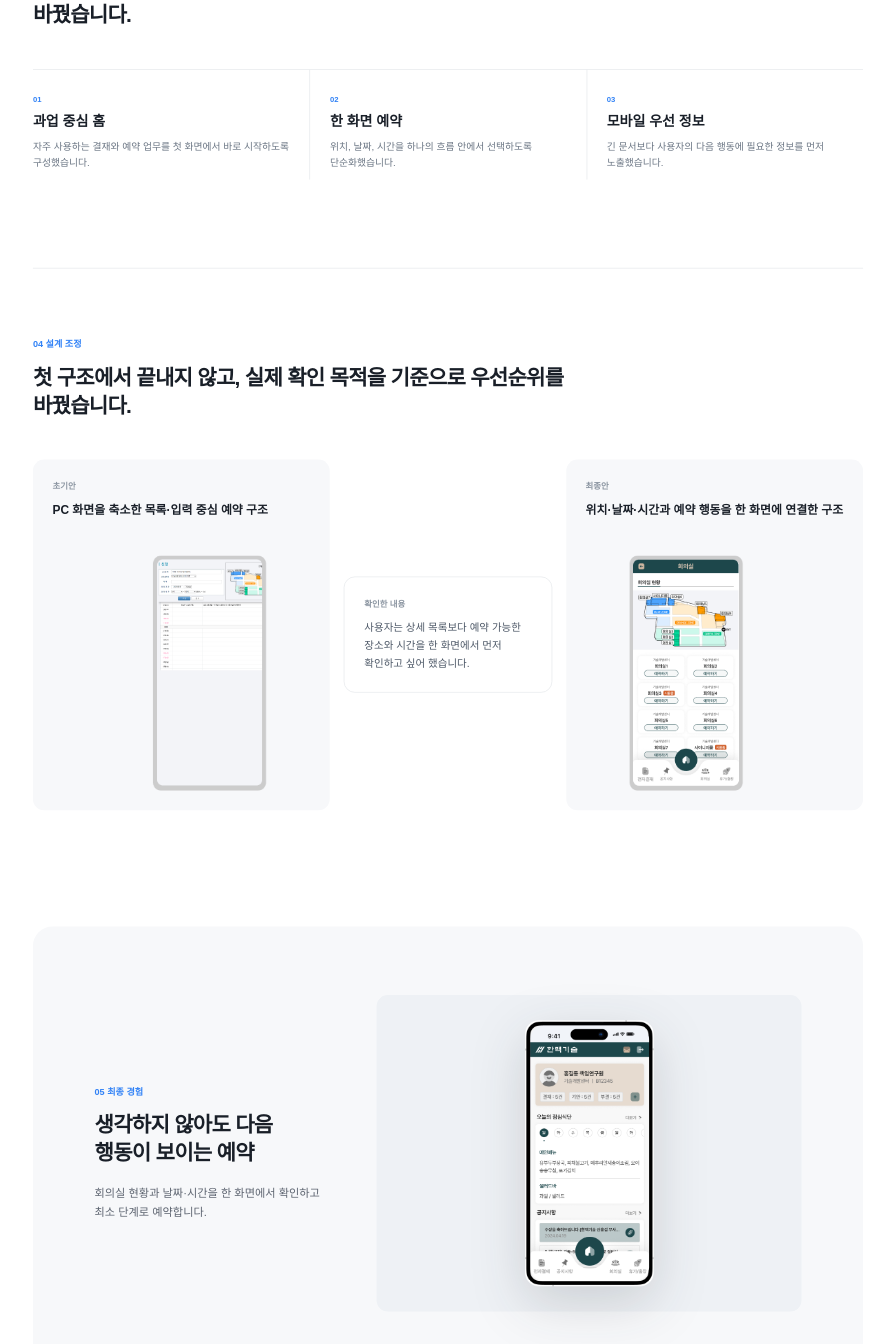
Repository: hanul-Lee/web
Page: project-intranet.html
An editor plug-in stored every save of this project. The page is shown before and after the next save, followed by the edit.
The browser window is 1280 px wide. The pictures show the part of the page from y = 2622 to 4542 px (the page is 5926 px tall), at 70% of full size.
The style sheet was rebuilt from its Sass, Less or Tailwind sources for each picture, by a compiler version that may differ from the author's.

Above is the page before, as saved 2026-07-26 12:40:42.

### project-intranet.html
<!doctype html>
<html lang="ko">
  <head>
    <meta charset="UTF-8">
    <meta name="viewport" content="width=device-width,initial-scale=1">
    <meta name="description" content="모바일 업무 포털과 예약 플로우 UX/UI 사례">
    <title>모바일 업무 포털 — 이한울</title>
    <link rel="stylesheet" href="case.css">
    <style>
      .comparison-image.split-left img {
      transform: translateX(25%);
  }
    </style>
  </head>
  <body data-project="intranet">
    <header class="nav case-nav">
      <a class="logo" href="index.html">HANUL<span>●</span></a>
      <nav>
        <a href="index.html#work">프로젝트</a>
        <a href="index.html#about">소개</a>
      </nav>
      <a class="nav-cta" href="assets/portfolio.pdf">이력서 PDF ↗</a>
    </header>
    <main class="case-main">
      <section class="case-hero" id="overview">
        <div>
          <p class="case-eyebrow"></p>
          <p class="case-domain"></p>
          <h1 class="case-title"></h1>
          <p class="case-lead"></p>
          <div class="case-meta" aria-label="프로젝트 참여 정보">
            <div>
              <span>MY ROLE</span><b class="role"></b>
            </div>
            <div>
              <span>DESIGN OWNERSHIP</span><b class="contribution"></b>
            </div>
            <div>
              <span>TEAM</span><b class="team"></b>
            </div>
            <div>
              <span>DURATION</span><b class="period"></b>
            </div>
          </div>
        </div>
        <div class="case-cover" aria-label="프로젝트 핵심 화면 미리보기">
        </div>
      </section>
      <section class="case-body">
        <div class="case-summary" id="context">
          <div>
            <p class="case-section-label">01 프로젝트 배경</p>
            <h2 class="problem"></h2>
          </div>
          <div>
            <p class="detail"></p>
            <div class="context-facts">
            </div>
          </div>
        </div>
        <div class="outcomes">
        </div>
        <div class="gallery">
        </div>
        <div class="next">
          <a><span>다음 프로젝트</span><h3></h3></a>
          <a class="back" href="index.html#work">전체 프로젝트 ↑</a>
        </div>
      </section>
    </main>
    <footer class="case-footer">
      <a class="logo" href="index.html">HANUL<span>●</span></a>
      <p>© 2026 이한울</p>
    </footer>
    <script src="case.js"></script>
  </body>
</html>

### portfolio.scss
@charset "UTF-8";
/* ==========================================================================
   Portfolio
   --------------------------------------------------------------------------
   이 파일은 현재 포트폴리오 사이트의 스타일 원본입니다.
   브라우저는 SCSS를 직접 읽지 못하므로 portfolio.css로 컴파일해 사용합니다.
   ========================================================================== */
/* 1. 디자인 토큰
   사이트 전체에서 반복 사용하는 색상입니다. */
:root {
  --ink: #101114;
  --muted: #6b707a;
  --line: #dcdfe4;
  --blue: #075cff;
  --paper: #f4f5f7;
  --type-display: clamp(42px, 4.2vw, 64px);
  --type-h1: clamp(38px, 3.7vw, 56px);
  --type-section: clamp(32px, 3vw, 44px);
  --type-title-lg: clamp(28px, 2.35vw, 36px);
  --type-title-md: clamp(23px, 1.8vw, 28px);
  --type-body-lg: clamp(17px, 1.15vw, 18px);
  --type-body: 16px;
  --type-caption: 14px;
  --type-label: 12px;
  --leading-display: 1.4;
  --leading-heading: 1.3;
  --leading-body: 1.65;
}

/* 2. 기본 설정
   요소 크기 계산, 한글 줄바꿈, 링크와 이미지 기본값을 통일합니다. */
* {
  box-sizing: border-box;
}

html {
  scroll-behavior: smooth;
}

body {
  margin: 0;
  color: var(--ink);
  background: #fff;
  font-family: Manrope, "Noto Sans KR", sans-serif;
  -webkit-font-smoothing: antialiased;
  word-break: keep-all;
  overflow-wrap: break-word;
}

a {
  color: inherit;
  text-decoration: none;
}

img {
  display: block;
  max-width: 100%;
}

/* 3. 헤더와 내비게이션 */
.nav {
  position: absolute;
  z-index: 10;
  display: flex;
  align-items: center;
  justify-content: space-between;
  gap: 24px;
  width: 100%;
  height: 82px;
  padding: 0 clamp(24px, 6vw, 96px);
  font-size: 13px;
  font-weight: 700;
}
.nav nav {
  display: flex;
  gap: 36px;
  min-width: 0;
  margin-right: 18px;
  margin-left: auto;
}
.nav nav a {
  flex: 0 0 auto;
  white-space: nowrap;
}
.nav nav a:hover {
  color: var(--blue);
}

.logo {
  flex: 0 0 auto;
  font-size: 16px;
  letter-spacing: 0.04em;
  white-space: nowrap;
}
.logo span {
  margin-left: 3px;
  color: var(--blue);
}

.nav-cta {
  flex: 0 0 auto;
  padding: 11px 17px;
  background: rgba(255, 255, 255, 0.7019607843);
  border-radius: 30px;
  white-space: nowrap;
}

/* 모바일 메뉴 버튼은 넓은 화면에서 숨깁니다. */
.menu {
  position: relative;
  z-index: 12;
  display: none;
  flex: 0 0 34px;
  width: 34px;
  height: 34px;
  padding: 7px 4px;
  border: 0;
  background: none;
  cursor: pointer;
}
.menu i {
  display: block;
  height: 2px;
  margin: 5px 0;
  background: #111;
}

/* 4. 공통 타이포그래피 */
.label,
.kicker,
.project-copy > span,
.card-copy > span,
.mini-project > span {
  font-size: var(--type-label);
  font-weight: 800;
  letter-spacing: 0.1em;
}

/* 5. 메인 히어로 */
.hero {
  position: relative;
  height: min(900px, 100vh);
  min-height: 700px;
  overflow: hidden;
  background: #edf1f7;
}
.hero h1 {
  margin: 0 0 30px;
  font-size: var(--type-display);
  line-height: 1.08;
  letter-spacing: -0.045em;
}
.hero h1 em {
  color: var(--blue);
  font-style: normal;
}

.hero-art {
  position: absolute;
  inset: 0;
  background:
    linear-gradient(90deg, rgba(237, 241, 247, 0.2), transparent 55%),
    url("assets/hero-data-flow-v2.png") center/cover no-repeat;
  transform: scale(1.01);
}

.hero-copy {
  position: absolute;
  z-index: 2;
  top: 50%;
  left: clamp(28px, 9vw, 150px);
  max-width: min(760px, 56vw);
  transform: translateY(-48%);
  /* 공통 reveal 효과가 중앙 정렬 transform을 덮어쓰지 않도록
     히어로 문구만 전용 시작·완료 좌표를 사용합니다. */
}
.hero-copy.reveal {
  transform: translateY(calc(-48% + 30px));
}
.hero-copy.reveal.visible {
  transform: translateY(-48%);
}

.kicker {
  margin: 0 0 24px;
  color: var(--blue);
}

.hero-text {
  color: #3b414c;
  font-size: var(--type-body-lg);
  line-height: 1.8;
}

.hero-actions {
  display: flex;
  align-items: center;
  gap: 28px;
  margin-top: 34px;
  font-size: 14px;
  font-weight: 700;
}
.secondary {
  padding-bottom: 5px;
  border-bottom: 1px solid currentColor;
}
.hero-capabilities {
  margin: 22px 0 0;
  color: #747c89;
  font-size: 10px;
  font-weight: 800;
  letter-spacing: 0.11em;
}

.primary {
  padding: 15px 21px;
  color: #fff;
  background: var(--blue);
  border-radius: 30px;
}
.primary span {
  margin-left: 18px;
}

/* 데이터 → 구조 → 행동 안내 배지 */
.hero-note {
  position: absolute;
  z-index: 3;
  right: 6vw;
  bottom: 30px;
  display: flex;
  align-items: center;
  gap: 12px;
  width: -moz-max-content;
  width: max-content;
  max-width: calc(100% - 48px);
  padding: 10px 14px;
  color: #6e7786;
  background: rgba(255, 255, 255, 0.62);
  border: 1px solid rgba(110, 119, 134, 0.22);
  border-radius: 999px;
  backdrop-filter: blur(10px);
  -webkit-backdrop-filter: blur(10px);
  font-size: 9px;
  font-weight: 800;
  letter-spacing: 0.1em;
  white-space: nowrap;
}
.hero-note span {
  line-height: 1;
}
.hero-note i {
  width: 22px;
  height: 1px;
  background: #afb5c0;
}

/* 6. 공통 콘텐츠 폭 */
.manifesto,
.projects,
.about {
  max-width: 1500px;
  margin: auto;
  padding: 120px clamp(24px, 7vw, 110px);
}

/* 7. 디자인 관점과 성과 지표 */
.manifesto h2 {
  margin: 45px 0 80px;
  font-size: var(--type-section);
  line-height: 1.3;
  letter-spacing: -0.045em;
}
.manifesto mark {
  color: var(--blue);
  background: none;
}

.metrics {
  display: grid;
  grid-template-columns: repeat(4, 1fr);
  padding-top: 30px;
  border-top: 1px solid var(--line);
}
.metrics div {
  position: relative;
  padding: 5px 28px;
  border-right: 1px solid var(--line);
}
.metrics small {
  display: block;
  margin-bottom: 18px;
  color: #a0a5ad;
  font-size: 10px;
  font-weight: 700;
}
.metrics div:first-child {
  padding-left: 0;
}
.metrics div:last-child {
  border: 0;
}
.metrics strong {
  display: block;
  font-size: 32px;
  letter-spacing: -0.04em;
}
.metrics span {
  color: var(--muted);
  font-size: 12px;
}
.metrics-caption {
  margin: 18px 0 0;
  color: #9398a1;
  font-size: 10px;
  letter-spacing: 0.08em;
}

/* 8. 프로젝트 목록 */
.projects {
  padding-top: 30px;
}

.section-head {
  display: flex;
  justify-content: space-between;
  margin-bottom: 32px;
  color: var(--muted);
  font-size: 12px;
}

.project-wide {
  display: grid;
  grid-template-columns: minmax(0, 42%) minmax(0, 58%);
  min-height: 650px;
  overflow: hidden;
  border-radius: 14px;
}

.dark {
  color: #fff;
  background: #141923;
}

.project h3 {
  margin: 35px 0 22px;
  font-size: var(--type-title-lg);
  line-height: 1.2;
  letter-spacing: -0.045em;
}
.project.light {
  overflow: hidden;
  border: 1px solid var(--line);
  border-radius: 14px;
}
.project:hover img {
  transform: scale(1.02);
}

.project-copy {
  display: flex;
  flex-direction: column;
  align-items: flex-start;
  padding: 72px clamp(38px, 5vw, 78px);
}
.project-copy > span {
  color: #8fb3ff;
}
.project-copy .project-tags {
  margin: 14px 0 0;
  color: #777f8d;
  font-size: 10px;
  font-weight: 800;
  letter-spacing: 0.08em;
}
.project-copy p {
  color: #bac1cc;
  font-size: var(--type-body);
  line-height: 1.8;
}
.project-copy ul {
  display: flex;
  flex-wrap: wrap;
  gap: 9px;
  margin: 18px 0 50px;
  padding: 0;
  list-style: none;
}
.project-copy li {
  padding: 8px 13px;
  border: 1px solid rgba(255, 255, 255, 0.1843137255);
  border-radius: 20px;
  font-size: 11px;
}
.project-copy b {
  margin-top: auto;
  padding-bottom: 5px;
  border-bottom: 1px solid currentColor;
  font-size: 12px;
}

.project-image {
  display: grid;
  place-items: center;
  padding: 5%;
  background: linear-gradient(135deg, #0c2431, #19452e);
}

.project-image img,
.thumb img {
  border-radius: 8px;
  box-shadow: 0 25px 60px rgba(0, 0, 0, 0.3333333333);
  transition: 0.4s;
}

.project-grid {
  display: grid;
  grid-template-columns: minmax(0, 1fr) minmax(0, 1fr);
  gap: 24px;
  margin-top: 24px;
}
.subsection-head {
  display: flex;
  align-items: end;
  justify-content: space-between;
  margin: 80px 0 0;
  padding-top: 28px;
  border-top: 1px solid var(--line);
}
.subsection-head p {
  margin: 0;
}
.subsection-head p:last-child {
  color: var(--muted);
  font-size: 12px;
}

.thumb {
  display: grid;
  place-items: center;
  height: 420px;
  padding: 8%;
}
.thumb.navy {
  background: #dce3f4;
}
.thumb.blue {
  background: #dfe9ff;
}

.card-copy {
  padding: 36px 38px 42px;
}
.card-copy span {
  color: var(--blue);
}
.card-copy h3 {
  margin: 20px 0 14px;
  font-size: var(--type-title-md);
  line-height: 1.25;
  letter-spacing: -0.04em;
}
.card-copy p {
  min-height: 50px;
  color: var(--muted);
  font-size: var(--type-body);
  line-height: 1.75;
}
.card-copy b {
  display: inline-block;
  margin-top: 25px;
  padding-bottom: 5px;
  border-bottom: 1px solid currentColor;
  font-size: 12px;
}

.mini-project {
  padding: 40px;
  overflow: hidden;
  background: #e7eeea;
  border-radius: 14px;
}
.mini-project.sand {
  background: #eee8da;
}
.mini-project h3 {
  margin: 24px 0 8px;
  font-size: var(--type-title-md);
  line-height: 1.3;
  letter-spacing: -0.04em;
}
.mini-project p {
  margin-bottom: 30px;
  color: var(--muted);
}
.mini-project img {
  border-radius: 8px;
  transition: 0.4s;
}
.mini-project:hover img {
  transform: scale(1.02);
}

/* 9. 소개 */
.about {
  display: grid;
  grid-template-columns: minmax(0, 1fr) minmax(0, 1fr);
  gap: 80px;
  margin-top: 50px;
  border-top: 1px solid var(--line);
}
.about h2 {
  margin-top: 40px;
  font-size: var(--type-section);
  line-height: 1.22;
  letter-spacing: -0.045em;
}

.about-body {
  padding-top: 60px;
}
.about-body > p {
  color: #454b55;
  font-size: var(--type-body-lg);
  line-height: 1.9;
}
.about-body > a {
  border-bottom: 1px solid;
  font-size: 13px;
  font-weight: 700;
}

.skills {
  display: flex;
  flex-wrap: wrap;
  gap: 8px;
  margin: 34px 0;
}
.skills span {
  padding: 9px 13px;
  background: var(--paper);
  border-radius: 5px;
  font-size: 11px;
}
.proof {
  display: grid;
  grid-template-columns: repeat(3, 1fr);
  gap: 10px;
  margin: 0 0 36px;
}
.proof div {
  min-height: 132px;
  padding: 20px;
  background: var(--paper);
  border-radius: 8px;
}
.proof strong,
.proof span {
  display: block;
}
.proof strong {
  margin-bottom: 28px;
  color: var(--blue);
  font-size: 16px;
}
.proof span {
  color: var(--muted);
  font-size: 10px;
  line-height: 1.6;
}

/* 10. 연락처와 푸터 */
.contact {
  padding: 120px clamp(24px, 9vw, 150px);
  color: #fff;
  background: var(--blue);
}
.contact h2 {
  margin: 60px 0 100px;
  font-size: clamp(34px, 3vw, 40px);
  line-height: 1.4;
  letter-spacing: -0.045em;
}
.contact h2 a {
  border-bottom: 4px solid rgba(255, 255, 255, 0.5019607843);
}
.contact > div {
  display: flex;
  justify-content: space-between;
  font-size: 12px;
}

footer {
  display: flex;
  align-items: center;
  justify-content: space-between;
  height: 100px;
  padding: 0 clamp(24px, 6vw, 96px);
  font-size: 12px;
}

/* 11. 스크롤 등장 효과 */
.reveal {
  opacity: 0;
  transform: translateY(30px);
  transition: 0.8s cubic-bezier(0.2, 0.7, 0.2, 1);
}
.reveal.visible {
  opacity: 1;
  transform: none;
}

/* 12. 태블릿
   헤더 공간이 부족해지기 전에 햄버거 메뉴로 전환합니다. */
@media (max-width: 1100px) {
  .nav nav,
  .nav .nav-cta {
    display: none;
  }
  .nav nav.mobile-open {
    position: absolute;
    top: 68px;
    right: 18px;
    left: 18px;
    display: flex;
    flex-direction: column;
    gap: 20px;
    margin: 0;
    padding: 22px 24px;
    background: rgba(255, 255, 255, 0.9607843137);
    border: 1px solid rgba(16, 17, 20, 0.0784313725);
    border-radius: 14px;
    box-shadow: 0 18px 50px rgba(20, 28, 45, 0.1411764706);
    backdrop-filter: blur(16px);
    -webkit-backdrop-filter: blur(16px);
  }
  .menu {
    display: block;
    margin-left: auto;
  }
}
/* 13. 모바일 */
@media (max-width: 800px) {
  .nav {
    height: 68px;
    padding-inline: 24px;
  }
  .hero {
    height: 88vh;
    min-height: 680px;
  }
  .hero h1 {
    font-size: clamp(38px, 10.5vw, 48px);
    line-height: 1.14;
  }
  .hero-art {
    background-position: 70% center;
    opacity: 0.42;
  }
  .hero-copy {
    top: 46%;
    right: 24px;
    left: 24px;
    max-width: 620px;
    /* 모바일에서도 세로 중앙 정렬을 유지합니다. */
  }
  .hero-copy.reveal {
    transform: translateY(calc(-46% + 24px));
  }
  .hero-copy.reveal.visible {
    transform: translateY(-46%);
  }
  .hero-text {
    font-size: 14px;
    line-height: 1.7;
  }
  .hero-text br {
    display: none;
  }
  .hero-actions {
    flex-wrap: wrap;
    gap: 16px;
  }
  .hero-note {
    right: auto;
    bottom: 22px;
    left: 24px;
    gap: 8px;
    max-width: calc(100% - 48px);
    padding: 9px 12px;
    font-size: 8px;
    letter-spacing: 0.07em;
  }
  .hero-note i {
    width: 14px;
  }
  .hero-capabilities {
    max-width: 290px;
    line-height: 1.7;
  }
  .manifesto,
  .projects,
  .about {
    padding: 84px 24px;
  }
  .manifesto h2 {
    margin-bottom: 55px;
    font-size: 30px;
    line-height: 1.38;
  }
  .about h2 {
    font-size: 30px;
    line-height: 1.35;
  }
  .metrics {
    grid-template-columns: 1fr 1fr;
    gap: 24px 0;
  }
  .metrics div {
    padding: 0 16px;
    border: 0;
  }
  .metrics div:nth-child(odd) {
    padding-left: 0;
    border-right: 1px solid var(--line);
  }
  .metrics strong {
    font-size: 27px;
  }
  .project-wide,
  .project-grid,
  .about {
    grid-template-columns: 1fr;
  }
  .project-copy {
    padding: 44px 28px;
  }
  .project-image {
    grid-row: 1;
    min-height: 330px;
  }
  .thumb {
    height: 300px;
  }
  .card-copy {
    padding: 28px;
  }
  .card-copy h3 {
    font-size: 27px;
  }
  .mini-project {
    padding: 30px 24px;
  }
  .about {
    gap: 10px;
  }
  .about-body {
    padding-top: 0;
  }
  .subsection-head {
    align-items: flex-start;
    margin-top: 60px;
  }
  .subsection-head p:last-child {
    display: none;
  }
  .proof {
    grid-template-columns: 1fr;
  }
  .proof div {
    min-height: 0;
  }
  .contact {
    padding: 90px 24px;
  }
  .contact h2 {
    font-size: clamp(30px, 8vw, 38px);
    line-height: 1.3;
  }
  .contact h2 a {
    border-bottom-width: 2px;
  }
  .contact > div {
    display: grid;
    gap: 8px;
  }
  footer p {
    display: none;
  }
}
/* 14. 소형 모바일
   hero-note가 320~380px 화면에서도 한 줄을 유지하도록 축소합니다. */
@media (max-width: 380px) {
  .hero-note {
    gap: 6px;
    padding-inline: 10px;
  }
  .hero-note i {
    width: 10px;
  }
}
/* 15. 접근성
   사용자가 모션 줄이기를 선택한 경우 등장 효과를 제거합니다. */
@media (prefers-reduced-motion: reduce) {
  * {
    scroll-behavior: auto !important;
  }
  .reveal {
    opacity: 1;
    transform: none;
    transition: none;
  }
}

/* ==========================================================================
   Enterprise typography system
   토스·카카오·네이버 공식 웹의 공통 비율을 포트폴리오 문맥에 맞게 적용
   ========================================================================== */
body {
  font-weight: 400;
}

.nav,
.primary,
.secondary,
.about-body > a,
.card-copy b,
.project-copy b {
  font-weight: 600;
}

.logo,
.label,
.kicker,
.project-copy > span,
.card-copy > span,
.mini-project > span {
  font-weight: 700;
}

.label,
.kicker,
.project-copy > span,
.card-copy > span,
.mini-project > span {
  font-size: var(--type-label);
  line-height: 1.5;
}

.hero h1 {
  max-width: 760px;
  font-size: var(--type-display);
  font-weight: 700;
  line-height: var(--leading-display);
  letter-spacing: -0.048em;
}

.hero-text {
  max-width: 680px;
  font-size: var(--type-body-lg);
  font-weight: 400;
  line-height: var(--leading-body);
}

.hero-actions {
  font-size: var(--type-caption);
}

.hero-capabilities,
.metrics-caption {
  font-size: 11px;
  font-weight: 600;
  line-height: 1.55;
}

.manifesto h2,
.about h2 {
  font-size: var(--type-section);
  font-weight: 700;
  line-height: var(--leading-heading);
  letter-spacing: -0.038em;
}

.metrics strong {
  font-size: clamp(28px, 2.2vw, 34px);
  font-weight: 700;
  line-height: 1.25;
}

.metrics span,
.section-head,
.subsection-head p:last-child {
  font-size: var(--type-caption);
  line-height: 1.55;
}

.project h3 {
  font-size: var(--type-title-lg);
  font-weight: 700;
  line-height: 1.3;
  letter-spacing: -0.035em;
}

.card-copy h3,
.mini-project h3 {
  font-size: var(--type-title-md);
  font-weight: 700;
  line-height: 1.38;
  letter-spacing: -0.03em;
}

.project-copy p,
.card-copy p,
.mini-project p {
  font-size: var(--type-body);
  font-weight: 400;
  line-height: var(--leading-body);
}

.project-copy li,
.skills span,
.proof span {
  font-size: 13px;
  line-height: 1.55;
}

.about-body > p {
  font-size: var(--type-body-lg);
  font-weight: 400;
  line-height: 1.75;
}

.proof strong {
  font-size: 18px;
  font-weight: 700;
  line-height: 1.4;
}

.contact h2 {
  font-size: var(--type-section);
  font-weight: 700;
  line-height: 1.35;
}

@media (max-width: 800px) {
  :root {
    --type-display: clamp(38px, 10.5vw, 44px);
    --type-h1: clamp(34px, 9vw, 40px);
    --type-section: clamp(30px, 8.2vw, 34px);
    --type-title-lg: clamp(26px, 7.2vw, 30px);
    --type-title-md: clamp(22px, 6vw, 26px);
    --type-body-lg: 17px;
    --type-body: 16px;
    --type-caption: 14px;
    --type-label: 11px;
  }

  .hero h1 {
    line-height: 1.18;
    letter-spacing: -0.042em;
  }

  .manifesto h2,
  .about h2 {
    font-size: var(--type-section);
    line-height: 1.35;
  }

  .project-copy p,
  .card-copy p,
  .mini-project p {
    line-height: 1.7;
  }
}

Loaded but not shown: case.js (250 lines, source omitted); case.scss (969 lines, source omitted)

After the next save:
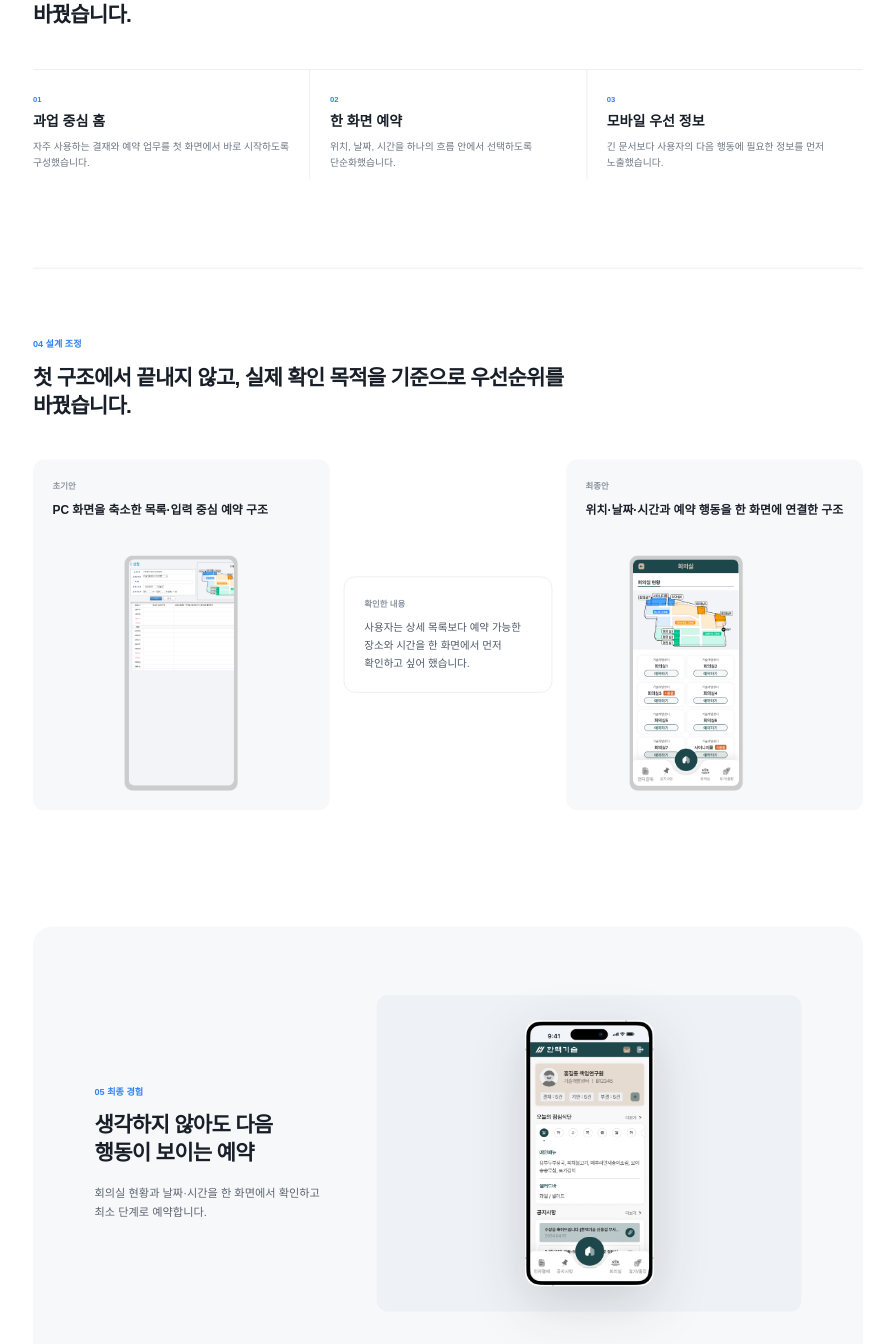
Saved 5 s later.
--- a/project-intranet.html
+++ b/project-intranet.html
@@ -8,7 +8,7 @@
     <link rel="stylesheet" href="case.css">
     <style>
       .comparison-image.split-left img {
-      transform: translateX(25%);
+      transform: translateX(0%);
   }
     </style>
   </head>
